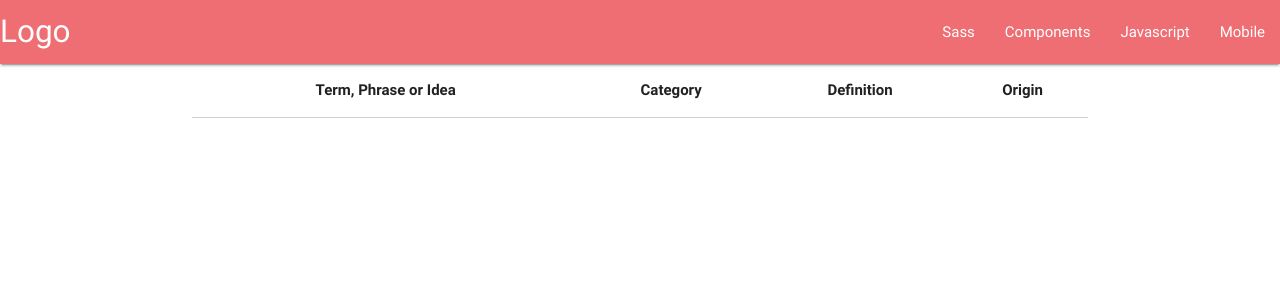
Repository: kalkiboru111/irish-dictionary-of-received-ideas
Page: http://localhost/
The author's editor kept a record of every edit. The page is drawn from the files as they stood at one moment, then again after the next edit.
The browser window is 1280 px wide. The pictures show the whole page.
Some web libraries are served in a nearby version. The page is served by the project's application, run on Flask 3 (app.py). Queries for data that is not in the repository find no rows.

Above is the page before.
Console error: TypeError: $(...).formSelect is not a function

### templates/terms.html

{% extends 'base.html' %}
{% block content %}

    <table class="highlight centered responsive-table">
        <thead>
          <tr>
              <th>Term, Phrase or Idea</th>
              <th>Category</th>
              <th>Definition</th>
              <th>Origin</th>
          </tr>
        </thead>
        <tbody>
        {% for term in terms %}
          <tr>
            <td>{{term.term_name}}</td>
            <td>{{term.term_category}}</td>
            <td>{{term.term_definition}}</td>
            <td>{{term.term_origin}}</td>
          </tr>
         {% endfor %}
        </tbody>
    </table>

{% endblock %}

### templates/base.html
<!DOCTYPE html>
<html>

<head>
    <link href="https://fonts.googleapis.com/icon?family=Material+Icons" rel="stylesheet">
    <link rel="stylesheet" href="https://cdnjs.cloudflare.com/ajax/libs/materialize/0.100.2/css/materialize.min.css">
    <link rel="stylesheet" href="{{url_for('static', filename='css/style.css')}}" type="text/css" />
    <script src="https://kit.fontawesome.com/845efe5847.js"></script>
</head>

<body>
    <header>
        <nav class="nav-extended">
            <div class="nav-wrapper">
                <a href="{{url_for('get_terms')}}" class="brand-logo left">Logo</a>
                <ul class="right">
                    <li><a href="sass.html">Sass</a></li>
                    <li><a href="badges.html">Components</a></li>
                    <li><a href="collapsible.html">Javascript</a></li>
                    <li><a href="mobile.html">Mobile</a></li>
                </ul>
            </div>
        </nav>
    </header>
    <div class="container">
        {% block content %} {% endblock %}
    </div>
    <script src="https://cdnjs.cloudflare.com/ajax/libs/jquery/3.2.1/jquery.min.js"></script>
    <script src="https://cdnjs.cloudflare.com/ajax/libs/materialize/0.100.2/js/materialize.min.js"></script>
    <script type="text/javascript">
        $(document).ready(function() {
            $('select').formSelect();
            $('.sidenav').sidenav();

        });
    </script>

</body>

</html>

### app.py
import os
from flask import Flask, render_template, redirect, request, url_for
from flask_pymongo import PyMongo
from bson.objectid import ObjectId

app = Flask(__name__)

app.config['MONGO_DBNAME'] = 'irish_dictionary'
app.config["MONGO_URI"] = os.getenv("MONGO_URI")

mongo = PyMongo(app)

@app.route('/')

# View directs user to terms page
@app.route('/get_terms')
def get_terms():
    return render_template("terms.html",
    terms=mongo.db.terms.find())

@app.route('/add_term')
def add_term():
    return render_template("add_term.html",
    categories=mongo.db.categories.find())

@app.route('/insert_term', methods=['POST'])
def insert_term():
    terms = mongo.db.terms
    terms.insert_one(request.form.to_dict())
    return redirect(url_for('get_terms'))

@app.route('/edit_term/<term_id>')
def editterm(term_id):
    the_term =  mongo.db.terms.find_one({"_id": ObjectId(term_id)})
    all_categories =  mongo.db.categories.find()
    return render_template('editterm.html', term=the_term,
                           categories=all_categories)

@app.route('/update_term/<term_id>', methods=['POST'])
def update_term(term_id):
    terms = mongo.db.terms
    terms.update( {"_id": ObjectId(term_id)},
    {   'term_name':request.form.get('term_name'),
        'category_name':request.form.get('category_name'),
        'term_definition': request.form.get('term_definition'),
        'term_origin':request.form.get('term_origin')
    })
    return redirect(url_for('get_terms'))

@app.route('/delete_term/<term_id>')
def delete_term(term_id):
    mongo.db.terms.remove({"_id": ObjectId(term_id)})
    return redirect(url_for('get_terms'))

if __name__ == '__main__':
    app.run(host=os.environ.get('IP'),
            port=int(os.environ.get('PORT')),
            debug=True)

### static/css/style.css
/* body {
    background-color: red;
}

After the next edit:
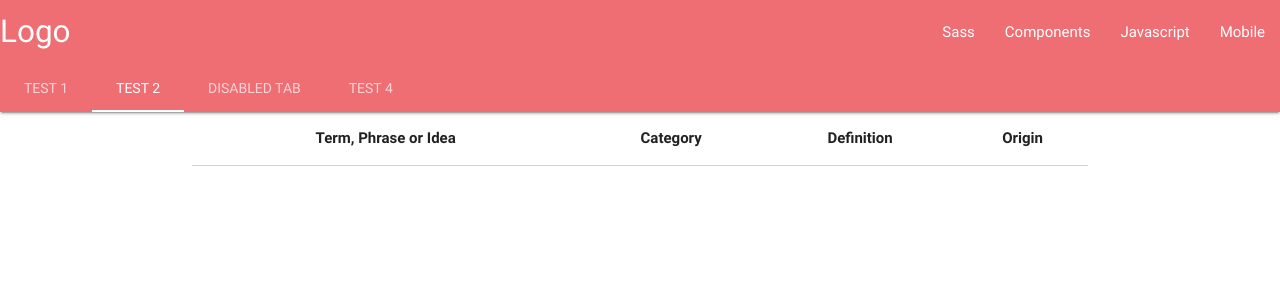
The edit:
--- a/templates/base.html
+++ b/templates/base.html
@@ -20,6 +20,14 @@
                     <li><a href="mobile.html">Mobile</a></li>
                 </ul>
             </div>
+            <div class="nav-content">
+                <ul class="tabs tabs-transparent">
+                    <li class="tab"><a href="#test1">Test 1</a></li>
+                    <li class="tab"><a class="active" href="#test2">Test 2</a></li>
+                    <li class="tab disabled"><a href="#test3">Disabled Tab</a></li>
+                    <li class="tab"><a href="#test4">Test 4</a></li>
+                </ul>
+            </div>
         </nav>
     </header>
     <div class="container">

After the edit that followed:
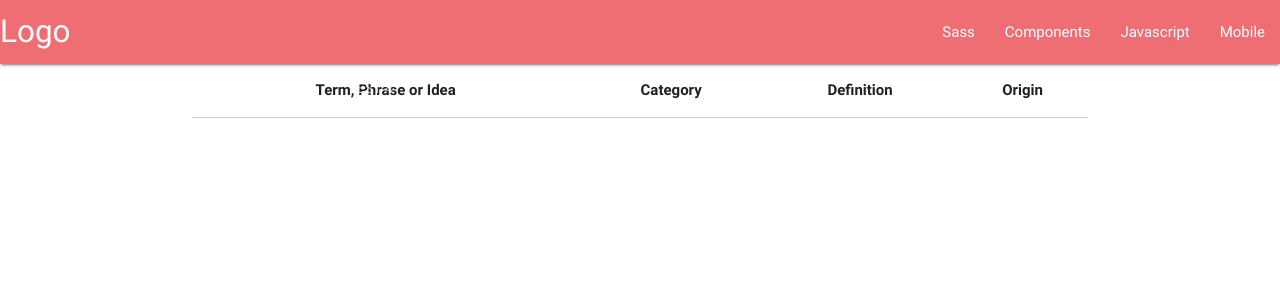
The edit:
--- a/templates/base.html
+++ b/templates/base.html
@@ -10,7 +10,7 @@
 
 <body>
     <header>
-        <nav class="nav-extended">
+        <nav>
             <div class="nav-wrapper">
                 <a href="{{url_for('get_terms')}}" class="brand-logo left">Logo</a>
                 <ul class="right">
